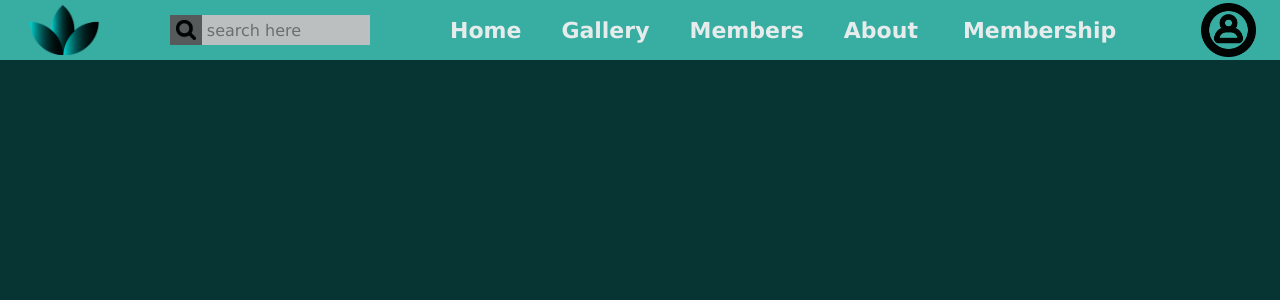
Repository: RawahaMR11/my_assignments
Page: rawaha computer/Shah Designs web/Shah home page.html
An editor plug-in stored every save of this project. The page is shown before and after the next save, followed by the edit.
The browser window is 1280 px wide. The pictures show the whole page.

Above is the page before, as saved 2024-12-12 17:42:08.

### rawaha computer/Shah Designs web/Shah home page.html
<!DOCTYPE html>
<html lang="en">
<head>
      <meta charset="UTF-8">
      <meta name="viewport" content="width=device-width, initial-scale=1.0">
      <title>Shah Designs</title>
      <link rel="stylesheet" href="Shah home page.css">
</head>
<body>
<div class="my-display">
      <header>
            <div class="logo">
                  <img src="logo.png" alt="Shah Designs logo">
            </div><!--end logo-->
            <div class="search">
                  <img src="search.png" alt="Search-icon">
                  <input type="text" placeholder="search here">
            </div><!--end search-->
            <div class="home">
                  <a href="Shah home page.html">Home</a>
            </div><!--end home-->
            <div class="gallery">
                  <a href="#">Gallery</a>
            </div><!--end gallery-->
            <div class="members">
                  <a href="#">Members</a>
            </div><!--end members -->
            <div class="about">
                  <a href="#">About</a>
            </div><!--end about-->
            <div class="membership">
                  <a href="#">Membership</a>
            </div>
            <div class="login">
                  <img src="sign in.png" alt="Login">
            </div><!--end login-->
      </header>
</div>
</body>
</html>

### rawaha computer/Shah Designs web/Shah home page.css
* {
      margin: 0;
      padding: 0;
}
body {
      display: block;
      font-size: 14px;
      background-color: rgb(6, 53, 51);
}
.my-display {
      width: 80%;
      margin: 0 auto;
      height: 100%;
      width: 100%;
}
/* css for opening my page on tablets (screens with width <=768px) */
@media screen and (max-width: 768px) {
      body {
            font-size: 16px;
      }
      .my-display {
            width: 100%;
      }
}
/* css for opening my page on laptops,pcs etc (screens with width <=1080px) */
@media screen and (max-width: 1080px) {
      body {
            font-size: 14px;
      }
      .my-display {
            width: 100%;
      }
}
/* css for opening my page on phones (screens with width <=480px) */
@media screen and (max-width: 480px) {
      body {
            font-size: 10px;
      }
      .my-display {
            width: 100%;
      }
}
header {
      width: 100%;
      height: 60px;
      display: flex;
      align-items: center;
      background-color: rgb(62, 188, 176);
      opacity: 90%;
      gap: 40px;
}
.logo {
      height: 83%;
      width: 70px;
      margin: 0 30px 0;
}
.logo img {
      height: 100%;
      width: 100%;
}
.search {
      width: 200px;
      height: 30px;
      background-color: rgb(95, 95, 95);
      display: flex;
      align-items: center;
      justify-content: space-evenly;
}
.search img {
      width: 10%;
      height: 65%;
      padding: 6px;
}
.search input {
      width: 90%;
      padding: 5.34px;
      border: none;
      outline: none;
      background-color: rgb(207, 207, 207);
      font-family: Verdana, Geneva, Tahoma, sans-serif;
      font-size: 16px;
}
.home {
      font-family: Verdana, Geneva, Tahoma, sans-serif;
      font-size: 22px;
      margin-left: 40px;
}
.home a {
      text-decoration: none;
      font-weight: 700;
      color: white;
}
.gallery {
      font-family: Verdana, Geneva, Tahoma, sans-serif;
      font-size: 22px;
}
.gallery a {
      text-decoration: none;
      font-weight: 700;
      color: white;
}
.members {
      font-family: Verdana, Geneva, Tahoma, sans-serif;
      font-size: 22px;
}
.members a {
      text-decoration: none;
      font-weight: 700;
      color: white;
}
.about {
      font-family: Verdana, Geneva, Tahoma, sans-serif;
      font-size: 22px;
}
.about a {
      text-decoration: none;
      font-weight: 700;
      color: white;
}
.membership {
      font-family: Verdana, Geneva, Tahoma, sans-serif;
      font-size: 22px;
      padding: 5px;
}
.membership a {
      text-decoration: none;
      font-weight: 700;
      color: white;
}
.membership:hover {
      background-color: rgb(175, 175, 175);
}
.login {
      height: 90%;
      width: 55px;
      float: right;
      margin-left: 40px;
}
.login img {
      height: 100%;
      width: 100%;
      cursor: pointer;
}

After the next save:
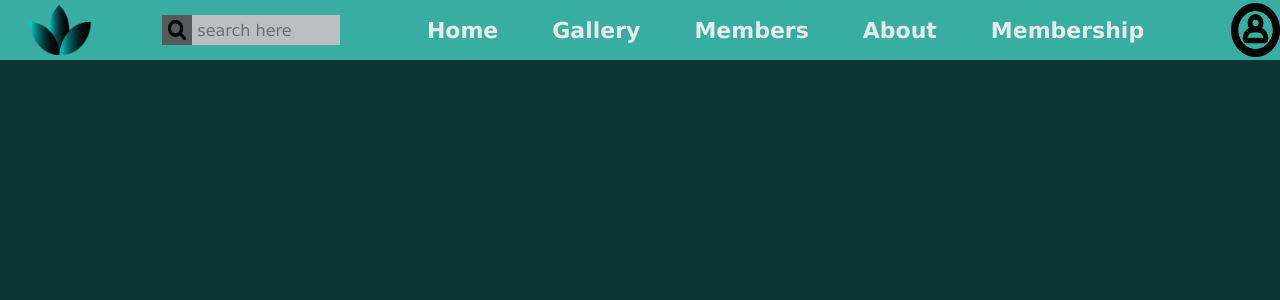
Saved 57 s later.
--- a/rawaha computer/Shah Designs web/Shah home page.css
+++ b/rawaha computer/Shah Designs web/Shah home page.css
@@ -84,6 +84,7 @@ header {
       font-family: Verdana, Geneva, Tahoma, sans-serif;
       font-size: 22px;
       margin-left: 40px;
+      padding: 7px;
 }
 .home a {
       text-decoration: none;
@@ -93,6 +94,7 @@ header {
 .gallery {
       font-family: Verdana, Geneva, Tahoma, sans-serif;
       font-size: 22px;
+      padding: 7px;
 }
 .gallery a {
       text-decoration: none;
@@ -102,6 +104,7 @@ header {
 .members {
       font-family: Verdana, Geneva, Tahoma, sans-serif;
       font-size: 22px;
+      padding: 7px;
 }
 .members a {
       text-decoration: none;
@@ -111,6 +114,7 @@ header {
 .about {
       font-family: Verdana, Geneva, Tahoma, sans-serif;
       font-size: 22px;
+      padding: 7px;
 }
 .about a {
       text-decoration: none;
@@ -120,7 +124,7 @@ header {
 .membership {
       font-family: Verdana, Geneva, Tahoma, sans-serif;
       font-size: 22px;
-      padding: 5px;
+      padding: 7px;
 }
 .membership a {
       text-decoration: none;
